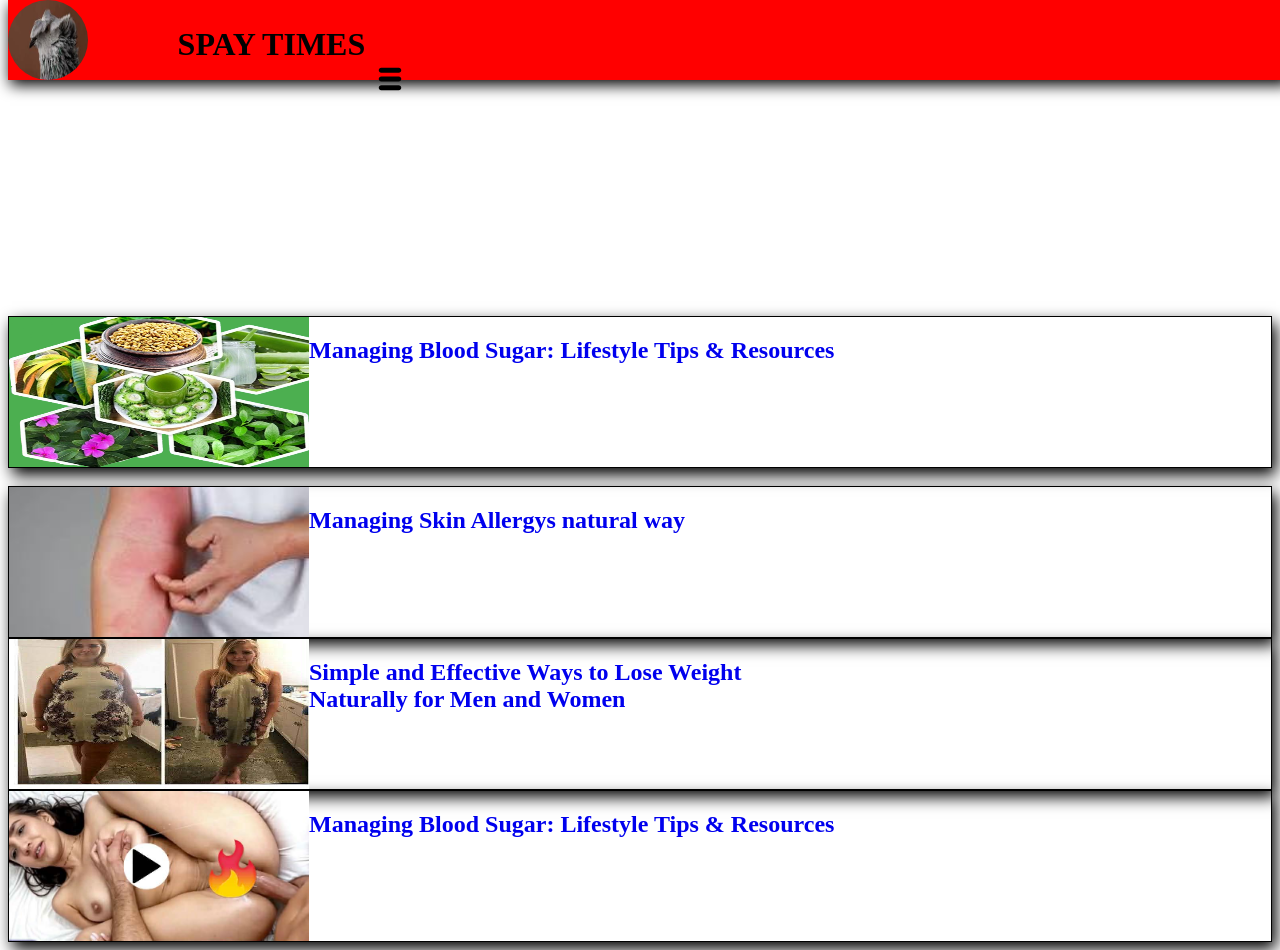
Repository: ridhukhan/spytimes
Page: /health
These files come from the project's save history. The page is drawn as it stood at one moment and after the next save; the edit follows.
The browser window is 1280 px wide. The pictures show the whole page.
The project was rebuilt for these pictures with package versions that can differ from the ones it lists, and the page was loaded fresh each time. Also part of the build but not shown: vite.config.js, src/components/ads/ExoclicBanner.jsx, src/components/ads/MagSrvInPlaceAd.jsx, src/pages/home/Home.jsx, src/components/policy/PrivecyPolicy.jsx, src/components/policy/Terms.jsx, src/components/trending/TrendingDetails.jsx, src/pages/heath/Dieabeties.jsx and 2 more.

Above is the page before, as saved 2026-01-15 12:51:22.

### index.html
<!doctype html>
<html lang="en">
  <head>
    <meta charset="UTF-8" />
    <link rel="icon" type="image/svg+xml" href="/vite.svg" />
    <meta name="6a97888e-site-verification" content="945cf2ffcb6885b11db89e632c2e0750">
    <meta name="viewport" content="width=device-width, initial-scale=1.0" />
    <title>spytimes</title>
  </head>
  <body>
<script async type="application/javascript" src="https://a.magsrv.com/ad-provider.js"></script>
 <ins class="eas6a97888e42" data-zoneid="5828556"></ins>
 <script>(AdProvider = window.AdProvider || []).push({"serve": {}});</script>
    <script async type="application/javascript" src="https://a.magsrv.com/ad-provider.js"></script>
 <ins class="eas6a97888e42" data-zoneid="5828556"></ins>
 <script>(AdProvider = window.AdProvider || []).push({"serve": {}});</script>
    <script type="application/javascript">
    var ad_idzone = "5827850",
    ad_popup_fallback = false,
    ad_popup_force = false,
    ad_chrome_enabled = true,
    ad_new_tab = false,
    ad_frequency_period = 30,
    ad_frequency_count = 1,
    ad_trigger_method = 3,
    ad_trigger_delay = 0,
    ad_capping_enabled = true;
</script>
<script type="application/javascript" src="https://a.pemsrv.com/popunder1000.js"></script>
       <script async src="https://a.pemsrv.com/ad-provider.js"></script>
<ins class="eas6a97888e33" data-zoneid="5827872"></ins>
       <div id="root"></div>

<script>(AdProvider = window.AdProvider || []).push({"serve": {}});</script>

<script async type="application/javascript" src="https://a.magsrv.com/ad-provider.js"></script>
 <ins class="eas6a97888e14" data-zoneid="5827854"></ins>
 <script>(AdProvider = window.AdProvider || []).push({"serve": {}});</script>
<script type="module" src="/src/main.jsx"></script>

<script async type="application/javascript" src="https://a.magsrv.com/ad-provider.js"></script>
 <ins class="eas6a97888e31" data-zoneid="5829372"></ins>
 <script>(AdProvider = window.AdProvider || []).push({"serve": {}});</script>
 </body>
</html>

### src/main.jsx
import {BrowserRouter} from "react-router-dom"

import { createRoot } from 'react-dom/client'
import './index.css'
import App from './App.jsx'
import { StrictMode } from "react"
createRoot(document.getElementById('root')).render(

    <BrowserRouter>
    <App />
    </BrowserRouter>

 ,
)

### src/index.css
@media screen and (max-width:414px){
  *{
    width: 100%;
    padding:0;
margin: 0;
  }

  body{
width: 100%;
background-color: white;
color: black;
  }
}

### src/App.jsx
import { Route, Routes } from "react-router-dom"
import Navbar from "./nav/Navbar"
import Home from "./pages/home/Home"
import PrivecyPolicy from "./components/policy/PrivecyPolicy"
import Terms from "./components/policy/Terms"
import TrendingDetails from "./components/trending/TrendingDetails"
import Dieabeties from "./pages/heath/Dieabeties"
import Health from "./pages/heath/Health"
import Allergy from "./pages/heath/Allergy"
import WeightLose from "./pages/heath/WeightLose"

function App() {

  return (
    <div>

   <Navbar/>

   <Routes>
    <Route path="/" element={<Home/>}/>
    <Route  path="/privecypolicy" element={<PrivecyPolicy/>}/>
    <Route  path="/Terms" element={<Terms/>}/>
    <Route  path="/Trendingdetails" element={<TrendingDetails/>}/>
    <Route path="/blood-sugar-natural-tips" element={<Dieabeties/>}/>
<Route path="/health" element={<Health/>}/>
<Route path="/allergy" element={<Allergy/>}/>
<Route path="/weightlose" element={<WeightLose/>}/>


   </Routes>
    </div>
  )
}

export default App

### src/nav/Navbar.jsx
import React from 'react'
import "./Navbar.css"
import { ImCross } from "react-icons/im";
import { TiThMenu } from "react-icons/ti";
import logo from "../assets/download.jpeg"
import { useState } from 'react';
import { Link} from 'react-router-dom';
const Navbar = () => {
    const [openmenu,setOpenmenu]=useState(false)
  return (
    <div style={{position:"fixed",backgroundColor:"red",display:"flex",
    width:"100%", height:"80px", top:"0", zIndex:"1000", boxShadow:"2px 5px 14px black"}}>
<img src={logo} alt="logo" style={{width:"80px", height:"80px", borderRadius:"100%"}}/>
<h1 style={{marginTop:"2%", marginLeft:"7%",}}>SPAY TIMES</h1>
<TiThMenu  onClick={()=>setOpenmenu(!openmenu)}  style={{width:"50px",height:"30px", marginTop:"5%", }}/>

   {openmenu? <div style={{display:"grid",position:"absolute",width:"90%",background:"black", height:"600px", zIndex:"999", marginTop:"10%", borderRadius:"19px", right:"0"}}>
<ImCross onClick={()=>setOpenmenu(null)} style={{ color:"red", left:"0", justifyContent:"flex-start", width:"50px", height:"30px"}}/>

  <ul>


    <Link to={"/"}><li onClick={()=>setOpenmenu(null)}>Home</li></Link>
    <li>USA</li>
    <li>UK</li>
    <li>ASIA</li>
    <Link to={"/health"}><li onClick={()=>setOpenmenu(null)}>Health</li></Link>
   <Link to={"/privecypolicy"}><li   onClick={()=>setOpenmenu(null)} style={{color:"blue"}}>Privecy Policy</li></Link>
<Link to={"/Terms"}><li  onClick={()=>setOpenmenu(null)} style={{color:"blue"}}>Terms &  condition</li></Link>

  </ul>










   </div>: null}
    </div>
  )
}


export default Navbar

### src/pages/heath/Health.jsx
import React from 'react'
import diabetes from "../../assets/diabetes01.png"
import alergy from "../../assets/Allergy.jpeg"
import weightlose from "../../assets/weightlose.jpeg"
import bangla1 from "../../assets/bangla1.jpeg"

import { Link } from 'react-router-dom'
const Health = () => {
  return (
    <div style={{marginTop:"25%"}}>

<div style={{display:"flex", boxShadow:"4px 7px 15px black", border:"1px solid black"}}>
<img src={diabetes} alt="Healthy lifestyle tips for supporting blood suger"  style={{width:"300px", height:"150px"}}/>
<Link to={"/blood-sugar-natural-tips"}><h2 >Managing Blood Sugar: Lifestyle Tips & Resources</h2></Link>
</div>
<br />
<div style={{display:"flex", boxShadow:"4px 7px 15px black", border:"1px solid black"}}>
<img src={alergy} alt="Natural ways to support allergy relief"  style={{width:"300px", height:"150px"}}/>
<Link to={"/allergy"}><h2 >Managing Skin Allergys natural way</h2></Link>
</div>

<div style={{display:"flex", boxShadow:"4px 7px 15px black", border:"1px solid black"}}>
<img src={weightlose} alt="Natural ways to support Weight Lose"  style={{width:"300px", height:"150px"}}/>
<Link to={"/weightlose"}><h2 >Simple and Effective Ways to Lose Weight <br /> Naturally for Men and Women</h2></Link>
</div>
<div style={{display:"flex", boxShadow:"4px 7px 15px black", border:"1px solid black"}}>
<img src={bangla1} alt="Healthy lifestyle tips for supporting blood suger"  style={{width:"300px", height:"150px"}}/>
<Link to={"/blood-sugar-natural-tips"}><h2 >Managing Blood Sugar: Lifestyle Tips & Resources</h2></Link>
</div>
    </div>
  )
}

export default Health

### src/nav/Navbar.css
ul li{
text-align: center;
    color: aliceblue;
    border-bottom: 2px solid white;
    font-size: 40px;
    list-style: none;
    cursor: pointer;

}
ul li:hover{
    background-color: brown;
}
a{
    text-decoration: none;
}

After the next save:
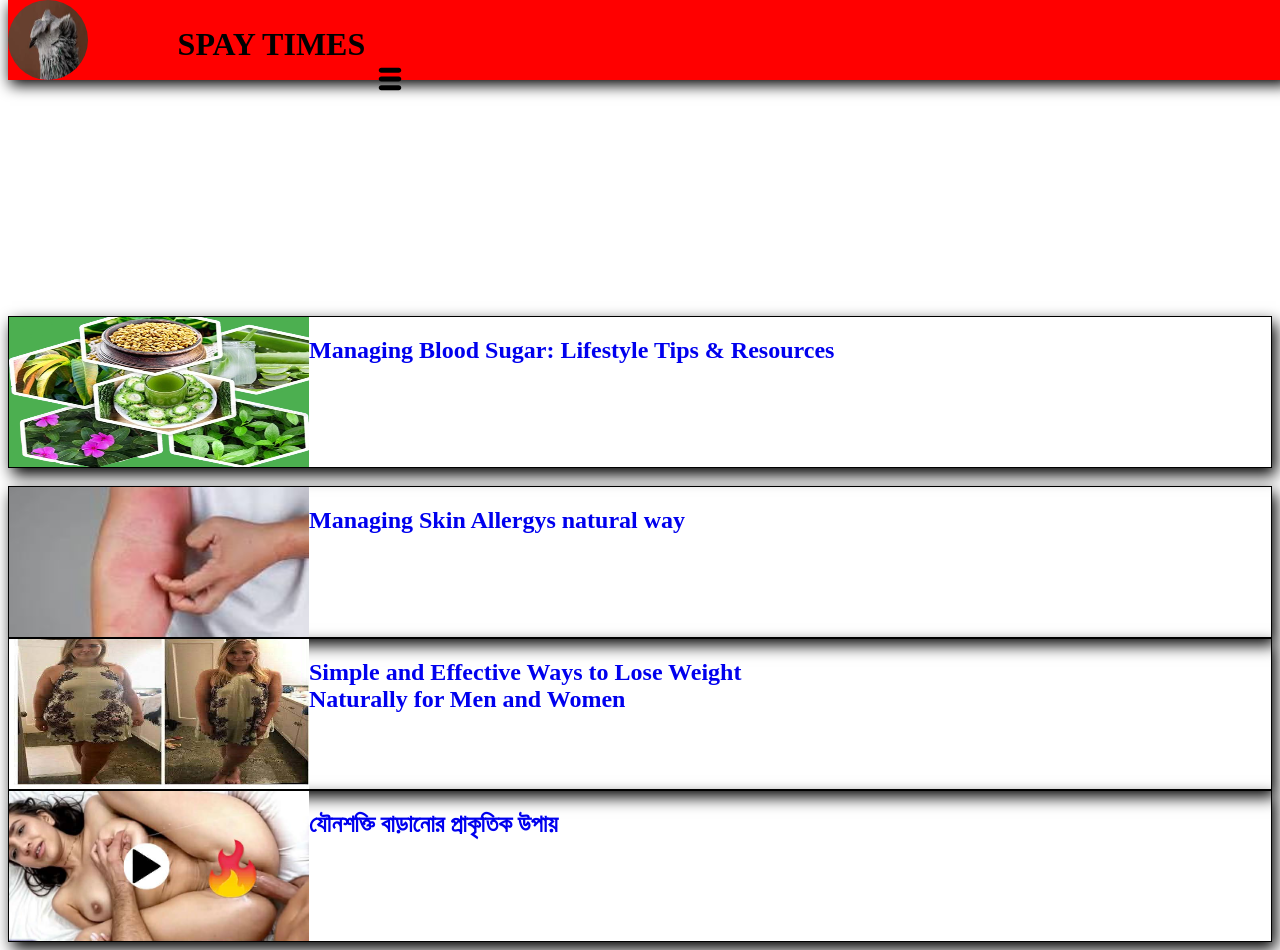
Saved 82 s later.
--- a/src/pages/heath/Health.jsx
+++ b/src/pages/heath/Health.jsx
@@ -24,8 +24,8 @@ const Health = () => {
 <Link to={"/weightlose"}><h2 >Simple and Effective Ways to Lose Weight <br /> Naturally for Men and Women</h2></Link>
 </div>
 <div style={{display:"flex", boxShadow:"4px 7px 15px black", border:"1px solid black"}}>
-<img src={bangla1} alt="Healthy lifestyle tips for supporting blood suger"  style={{width:"300px", height:"150px"}}/>
-<Link to={"/blood-sugar-natural-tips"}><h2 >Managing Blood Sugar: Lifestyle Tips & Resources</h2></Link>
+<img src={bangla1} alt="যৌনশক্তি বাড়ানোর প্রাকৃতিক উপায়"  style={{width:"300px", height:"150px"}}/>
+<Link to={"/secret-solution"}><h2 >যৌনশক্তি বাড়ানোর প্রাকৃতিক উপায়</h2></Link>
 </div>
     </div>
   )
